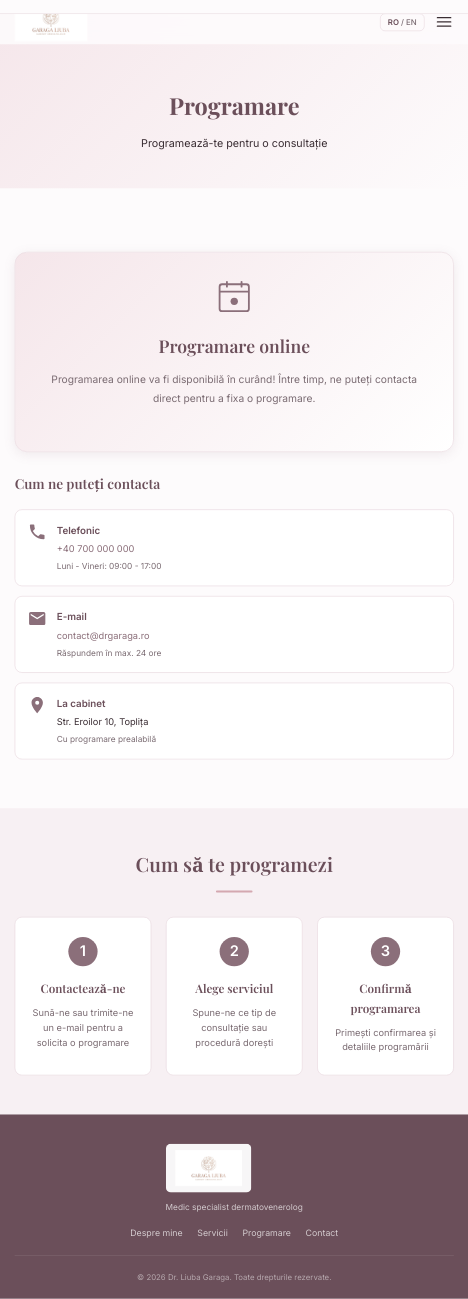
Repository: Nickkolean2793/Medic
Page: booking.html
These files come from the project's save history. The page is drawn as it stood at one moment and after the next save; the edit follows.
The browser window is 768 px wide. The pictures show the whole page, at 61% of full size.

Above is the page before, as saved 2026-05-31 15:54:43.

After the next save:
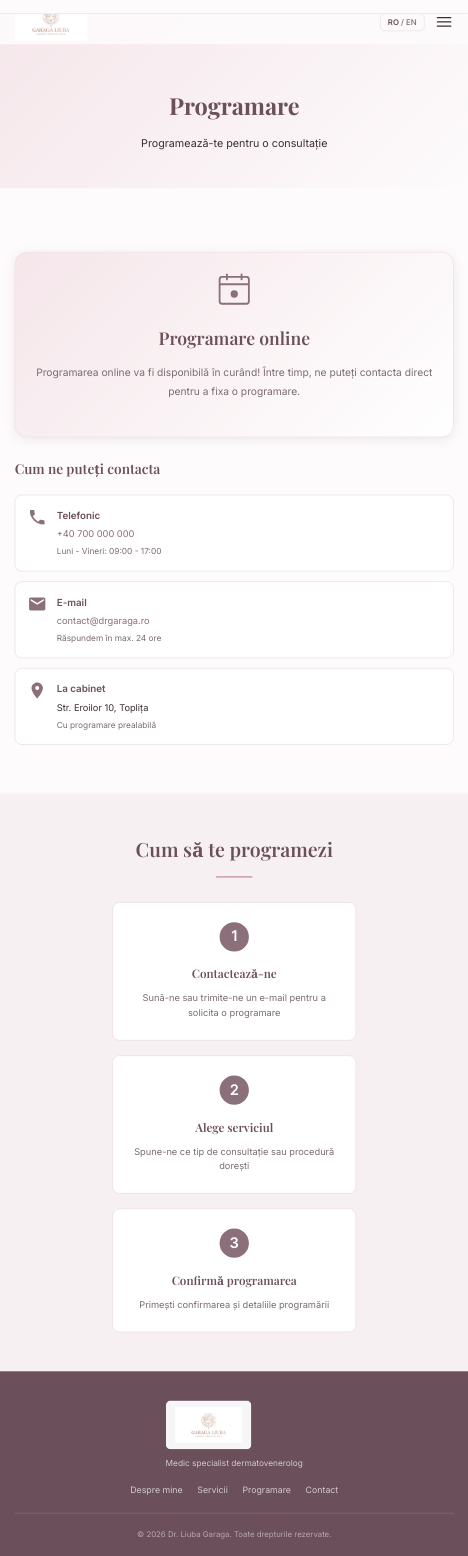
Saved 18 s later.
--- a/styles.css
+++ b/styles.css
@@ -982,6 +982,12 @@ ul {
     .contact-grid {
         grid-template-columns: 1fr;
     }
+
+    .steps-grid {
+        grid-template-columns: 1fr;
+        max-width: 400px;
+        margin: 40px auto 0;
+    }
 }
 
 @media (max-width: 768px) {
@@ -1025,6 +1031,18 @@ ul {
         padding: 40px 28px;
     }
 
+    .booking-card-large {
+        padding: 28px;
+    }
+
+    .cta-card {
+        padding: 40px 28px;
+    }
+
+    .gallery-item img {
+        height: 200px;
+    }
+
     .contact-form-wrapper {
         padding: 28px;
     }
